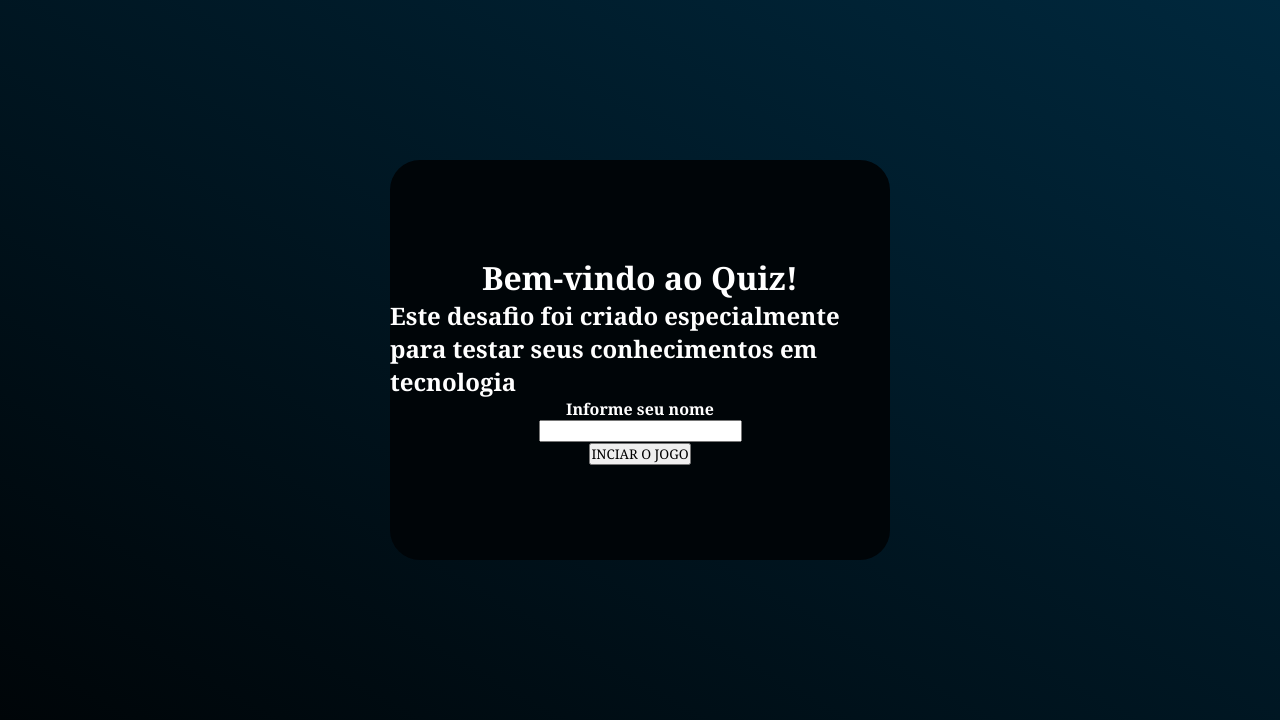
Repository: LaisSilvaO/Projeto-Quizz
Page: telas/apresentação.html
These files come from the project's save history. The page is drawn as it stood at one moment and after the next save; the edit follows.
The browser window is 1280 px wide. The pictures show the whole page.

Above is the page before, as saved 2024-12-25 21:13:27.

### telas/apresentação.html
<!DOCTYPE html>
<html lang="pt-br">

<head>
    <meta charset="UTF-8">
    <meta name="viewport" content="width=device-width, initial-scale=1.0">
    <title>Quiz</title>
    <link rel="stylesheet" href="../img/tela.css">
</head>

<body>
    <div class="box1">
        <div class="box2">
            <H1> Bem-vindo ao Quiz!</H1>

            <h2>Este desafio foi criado especialmente para testar seus conhecimentos em tecnologia


            </h2>
            <h4>Informe seu nome </h4>
            <input type="text" id="nome">
            <A href="index.html">
                <h4><button>INCIAR O JOGO</button></h4>
            </A>
        </div>
    </div>

</body>

</html>

### img/tela.css
* {
  margin: 0;
  padding: 0;
  box-sizing: border-box;
  font-family: Cambria, Cochin, Georgia, Times, 'Times New Roman', serif;
}

body {
  height: 100vh;
  display: flex;
  justify-content: center;
  align-items: center;
  background: linear-gradient(210deg, #00283d, #000508);
}

main {
  background-color: white;
  padding: 10px;
  border-radius: 10px;
  width: 100%;
  max-width: 600px;
  min-height: 400px;
  display: flex;
  justify-content: center;
  align-items: center;
}

.box1{
  position: relative;
  width: 510px;
  height: 410px;

  border-radius: 30px;
  display: flex;
  justify-content: center;
  align-items: center;
  flex-direction: column;
  overflow: hidden;

}
.box2 {
  position: relative;
  width: 500px;
  height: 400px;
  background-color: #000508;
  border-radius: 30px;
  display: flex;
  justify-content: center;
  align-items: center;
  flex-direction: column;
  overflow: hidden;
  color: white;
}

/* Borda animada externa */
.box1::before {
  content: '';
  position: absolute;
  top: 0;
  left: 0;
  width: 100%;
  height: 100%;
  border-radius: 30px;
  border: 16px solid transparent; /* Espessura da borda aumentada */
  background-image: linear-gradient(to bottom, #157815, #93b608);
  background-size: 400%; /* Aumenta o tamanho da animação da borda */
  animation: borderAnimation 6s linear  infinite ;
  z-index: -1; /* Garante que a borda fique atrás do conteúdo */
}

@keyframes borderAnimation {
  0% {
    top: 0px;
    left: 0px;
}
25% {
    top: 0px;
    left: 500px; /* Canto superior direito */
}
50% {
    top: 0px;
    left: 0px; /* Canto inferior direito */
}
75% {
    top: 500px;
    left: 0px; /* Canto inferior esquerdo */
}
100% {
    top: 500px;
    left: 0px;  /* Retorna ao canto superior esquerdo */
}
}

After the next save:
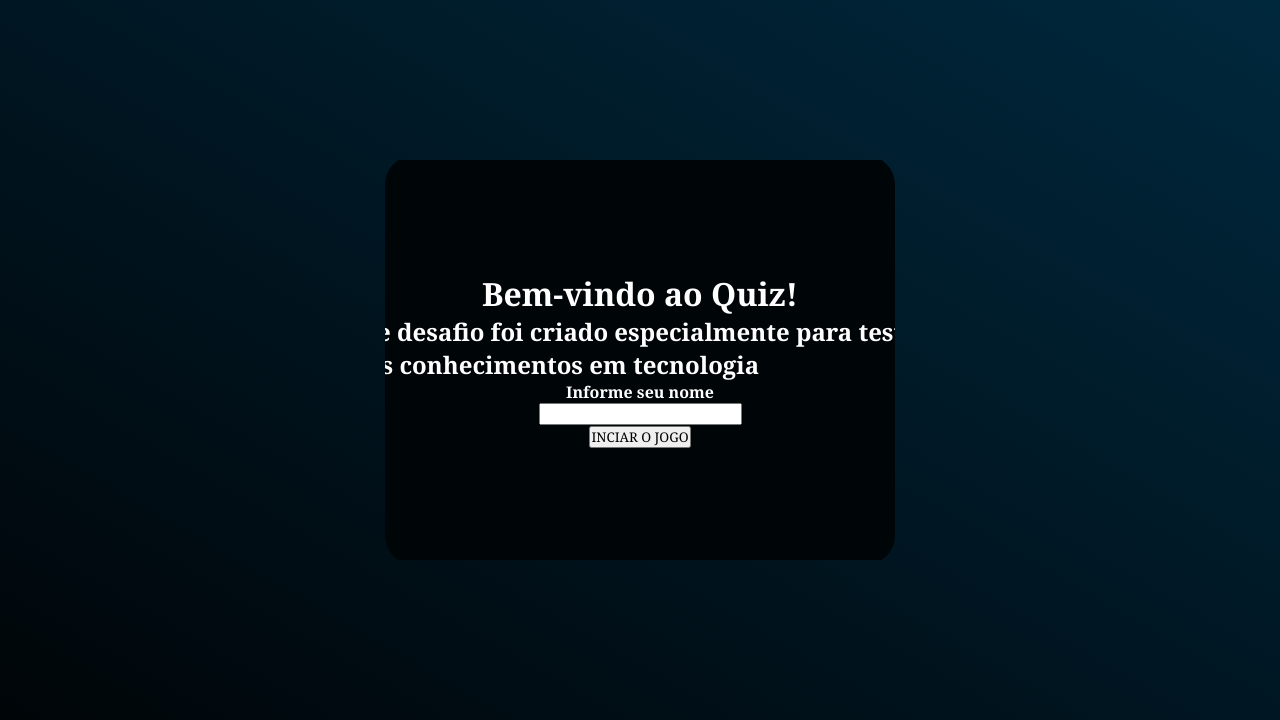
Saved 38 s later.
--- a/img/tela.css
+++ b/img/tela.css
@@ -40,7 +40,7 @@ main {
 }
 .box2 {
   position: relative;
-  width: 500px;
+  width: 600px;
   height: 400px;
   background-color: #000508;
   border-radius: 30px;
